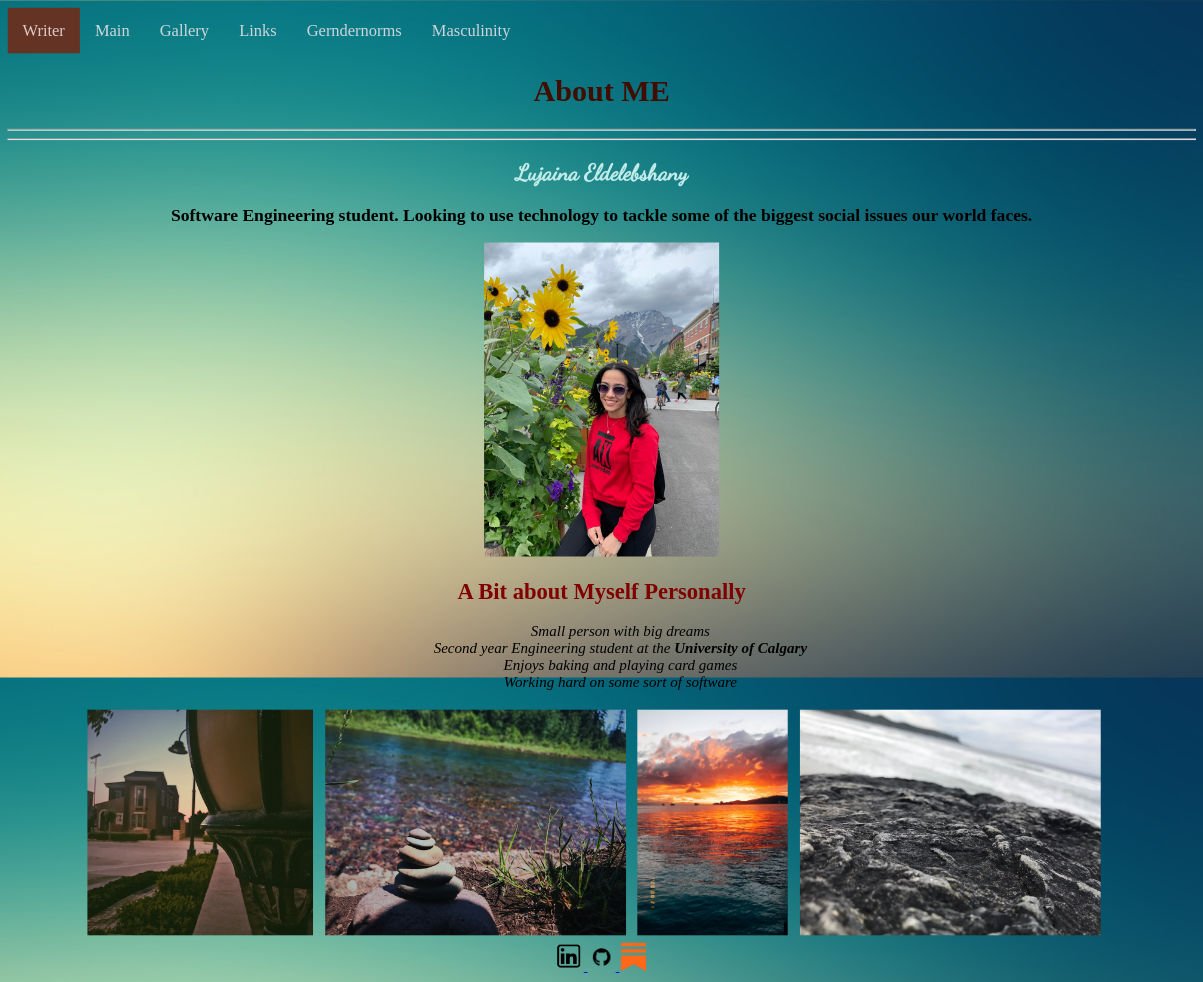
Repository: Lujaina-E/womens-rights-site
Page: founder.html
These files come from the project's save history. The page is drawn as it stood at one moment and after the next save; the edit follows.
The browser window is 1280 px wide. The pictures show the whole page, at 94% of full size.
Backgrounds fixed to the window are drawn as part of the page. Some web fonts or font styles are not loaded; a fallback is used.

Above is the page before, as saved 2022-07-25 22:27:45.

### founder.html
<!DOCTYPE html>
<html lang="en">
    <head>
        <style>
            @import url('https://fonts.googleapis.com/css2?family=Akaya+Kanadaka&family=Dancing+Script&display=swap');
        </style>
        <link rel="stylesheet" type="text/css" href="founderStyle.css"/>
        <title>Founder</title


        <link rel="apple-touch-icon-precomposed" sizes="57x57" href="favicon/favicomatic/apple-touch-icon-57x57.png" />
    <link rel="apple-touch-icon-precomposed" sizes="114x114" href="favicon/favicomatic/apple-touch-icon-114x114.png" />
    <link rel="apple-touch-icon-precomposed" sizes="72x72" href="favicon/favicomatic/apple-touch-icon-72x72.png" />
    <link rel="apple-touch-icon-precomposed" sizes="144x144" href="favicon/favicomatic/apple-touch-icon-144x144.png" />
    <link rel="apple-touch-icon-precomposed" sizes="60x60" href="favicon/favicomatic/apple-touch-icon-60x60.png" />
    <link rel="apple-touch-icon-precomposed" sizes="120x120" href="favicon/favicomatic/apple-touch-icon-120x120.png" />
    <link rel="apple-touch-icon-precomposed" sizes="76x76" href="favicon/favicomatic/apple-touch-icon-76x76.png" />
    <link rel="apple-touch-icon-precomposed" sizes="152x152" href="favicon/favicomatic/apple-touch-icon-152x152.png" />
    <link rel="icon" type="image/png" href="favicon/favicomatic/favicon-196x196.png" sizes="196x196" />
    <link rel="icon" type="image/png" href="favicon/favicomatic/favicon-96x96.png" sizes="96x96" />
    <link rel="icon" type="image/png" href="favicon/favicomatic/favicon-32x32.png" sizes="32x32" />
    <link rel="icon" type="image/png" href="favicon/favicomatic/favicon-16x16.png" sizes="16x16" />
    <link rel="icon" type="image/png" href="favicon/favicomatic/favicon-128.png" sizes="128x128" />
    <meta name="application-name" content="Founder"/>
    <meta name="msapplication-TileColor" content="#FFFFFF" />
    <meta name="msapplication-TileImage" content="favicon/favicomatic/mstile-144x144.png" />
    <meta name="msapplication-square70x70logo" content="favicon/favicomatic/mstile-70x70.png" />
    <meta name="msapplication-square150x150logo" content="favicon/favicomatic/mstile-150x150.png" />
    <meta name="msapplication-wide310x150logo" content="favicon/favicomatic/mstile-310x150.png" />
    <meta name="msapplication-square310x310logo" content="favicon/favicomatic/mstile-310x310.png" />
    <link rel="stylesheet" href="https://cdnjs.cloudflare.com/ajax/libs/font-awesome/4.7.0/css/font-awesome.min.css">

    <div class="topnav" id="myTopnav">
        <a href="founder.html" class="active">Writer</a>
        <a href="index.html">Main</a>
        <a href="gallery.html">Gallery</a>
        <a href="links.html">Links</a>
        <a href="gendernorms.html">Gerndernorms</a>
        <a href="masculinity.html">Masculinity</a>
        <a href="javascript:void(0);" class="icon" onclick="myFunction()">
            <i class="fa fa-bars"></i>
        </a>
    </div>

<h1>About ME</h1>
<hr><hr>

<h2 id="MyName"> Lujaina Eldelebshany</h2>
<h3>Software Engineering student. Looking to use technology to tackle some of the biggest social issues our world faces.</h3>
<img id="myPic" src="Pictures/me.jpg" alt="Please stand by as you experience a loading error">
<section>
<h2>A Bit about Myself Personally</h2>
<p><i>
    <ul id="descriptors">
        <li>Small person with big dreams </li>
        <li>Second year Engineering student at the <b>University of Calgary</b></li>
        <li>Enjoys baking and playing card games </li>
        <li>Working hard on some sort of software</li>

    </ul>
</i></p>
</section>

    <img class="photography photo1" src="Pictures/sp1.jpg" alt="A picture of my work. You are experiencing a loading error, please stand by and check connection">
    <img class="photography" src="Pictures/sp2.jpg" alt="Please stand by and check connection">
    <img class="photography" src="Pictures/sp3.jpg" alt="Please stand by and check connection">
    <img class="photography" src="Pictures/sp4.jpg" alt="Please stand by and check connection">


<p style="clear: both; font-size: 16px;"></p>

<section>

<a href="https://www.linkedin.com/in/lujaina-eldelebshany-0029bb1b3/"> <img alt="Pictures/error-code.jpg" src="Pictures/linkedin_logo.png"
         width=30" height="30">
      </a>
<a href="https://github.com/Lujaina-E"> <img alt="Pictures/error-code.jpg" src="Pictures/github.png"
         width=30" height="30">

<a href="https://substack.com/profile/24893981-lujaina-eldelebshany"> <img alt="Pictures/error-code.jpg" src="Pictures/substack_logo.png"
         width=30" height="30">

      </a>

</section>

<!-- Add a section here for an email subscription to my substack -->

    </body>

</html>

### founderStyle.css
            body{
                text-align: center;
                font-family: Times New Roman;
                background-image: url('Pictures/backdrop.jpg');
                background-repeat: no-repeat;
                background-position: center center;
                background-size: cover;
                background-attachment: fixed;
            }

            body > h1 {
                color: #410d00;
            }

            #MyName{
                font-family: 'Dancing Script', cursive;
                color:#c1ebea;
            }

            #myPic{
                width: 250px;
                length: 250px;
            }

            section > h2{
                color: maroon;
            }

            section > p{
                font-size: 20px;
                color: darkslategray;
            }

            .photography.photo1{
                padding-left: 85px;
                 float: left;
                 height: 15em;
                 margin-right: 1%;
                 margin-bottom: 0.5em;
            }

            .photography{
                float: left;
                height: 15em;
                margin-right: 1%;
                margin-bottom: 0.5em;
            }

            #descriptors{
                list-style-type: none;
            }

            /* navbar styling  */
            .topnav {
                overflow: hidden;
              }

              .topnav a {
                float: left;
                display: block;
                color: rgba(247, 235, 235, 0.829);
                text-align: center;
                padding: 14px 16px;
                text-decoration: none;
                font-size: 17.5px;
              }

              .topnav a:hover {
                color: rgb(88, 26, 26);
              }

              .topnav a.active {
                background-color: #643324;
                color: rgba(247, 235, 235, 0.829);
              }

              .topnav .icon {
                display: none;
              }

                @media screen and (max-width: 600px) {
                    .topnav a:not(:first-child) {display: none;}
                    .topnav a.icon {
                    float: right;
                    display: block;
                    }
                }

                @media screen and (max-width: 600px) {
                    .topnav.responsive {position: relative;}
                    .topnav.responsive a.icon {
                    position: absolute;
                    right: 0;
                    top: 0;
                    }
                    .topnav.responsive a {
                    float: none;
                    display: block;
                    text-align: left;
                    }
                }

After the next save:
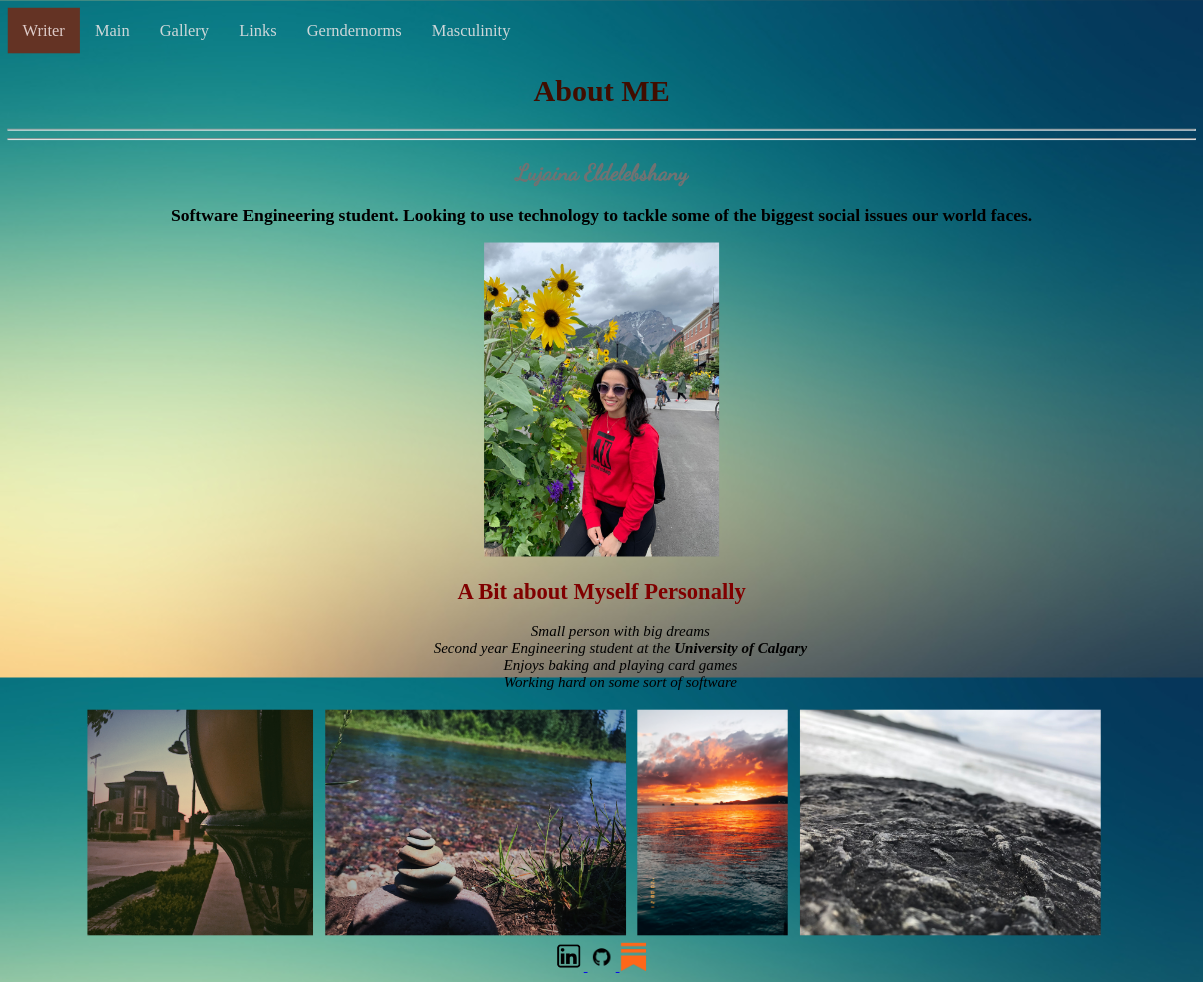
Saved 32 s later.
--- a/founderStyle.css
+++ b/founderStyle.css
@@ -14,7 +14,7 @@
 
             #MyName{
                 font-family: 'Dancing Script', cursive;
-                color:#c1ebea;
+                color:#727272;
             }
 
             #myPic{
